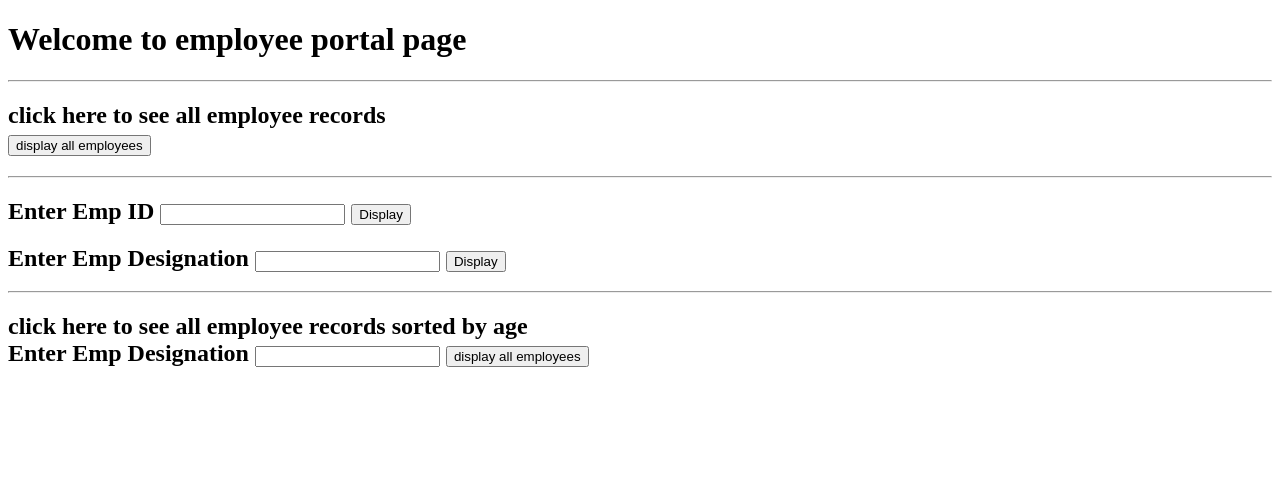
Repository: sushmasetti/Angular1
Page: http://localhost/dbDemo/welcome.jsp
The author's editor kept a copy of each file at every save. The page is drawn from the files as they stood at one save, then again after the next save.
The browser window is 1280 px wide. The pictures show the whole page.
The page is served by Tomcat 9. Other server files are loaded and not shown.

Above is the page before, as saved 2019-08-17 18:33:17.

### Spring/dbDemo/src/main/webapp/welcome.jsp
<%@ page language="java" contentType="text/html; charset=ISO-8859-1"
    pageEncoding="ISO-8859-1"%>
<!DOCTYPE html>
<html>
<head>
<meta charset="ISO-8859-1">
<title>Insert title here</title>
</head>
<body>
<h1>Welcome to employee portal page</h1>
<hr>
<form action="displayAll" method="post">
<h2>
click here to see all employee records <br>
<input type="submit" name="submit" value="display all employees">
</h2>
</form>
<hr>
<form action="displayEmp" method="post">
<h2>
Enter Emp ID <input type="text" name="eid">
<input type="submit" name="submit" value="Display">
</h2>
</form>
<form action="displayByDesignation" method="post">
<h2>
Enter Emp Designation <input type="text" name="designation">
<input type="submit" name="submit" value="Display">
</h2>
</form>

<hr>
<form action="displayByAge" method="post">
<h2>
click here to see all employee records sorted by age <br>
Enter Emp Designation <input type="text" name="designation">
<input type="submit" name="submit" value="display all employees">
</h2>
</form>
</body>
</html>

After the next save:
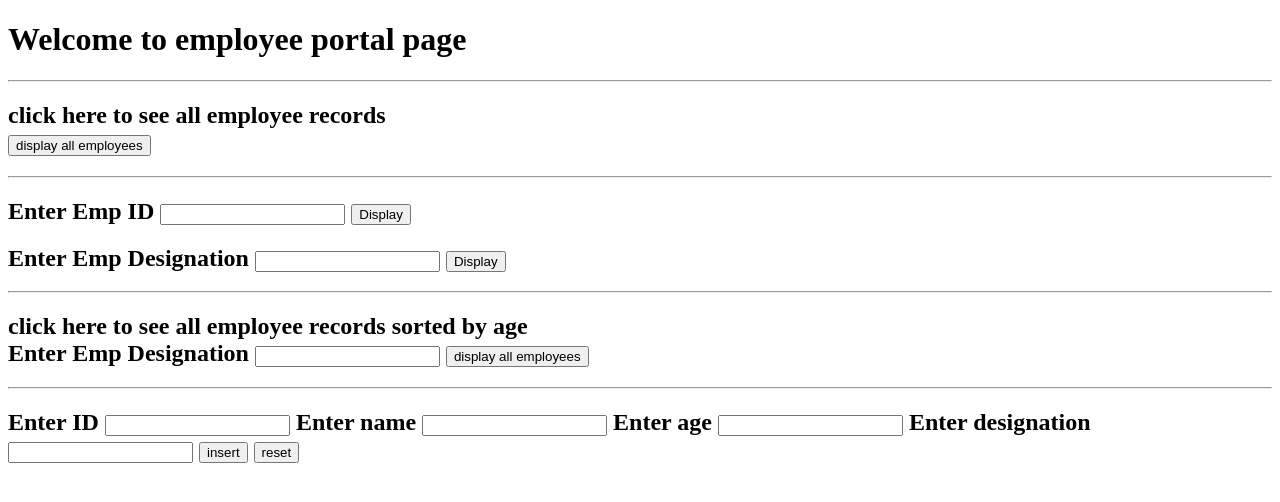
Saved 7 min 55 s later.
--- a/Spring/dbDemo/src/main/webapp/welcome.jsp
+++ b/Spring/dbDemo/src/main/webapp/welcome.jsp
@@ -37,5 +37,18 @@ Enter Emp Designation <input type="text" name="designation">
 <input type="submit" name="submit" value="display all employees">
 </h2>
 </form>
+
+
+<hr>
+<form action="insertEmp" method="post">
+<h2>
+Enter ID <input type="text" name="eid">
+Enter name <input type="text" name="name">
+Enter age <input type="text" name="age">
+Enter designation <input type="text" name="designation">
+<input type="submit" name="submit" value="insert">
+<input type="reset" name="reset" value="reset">
+</h2>
+</form>
 </body>
 </html>
